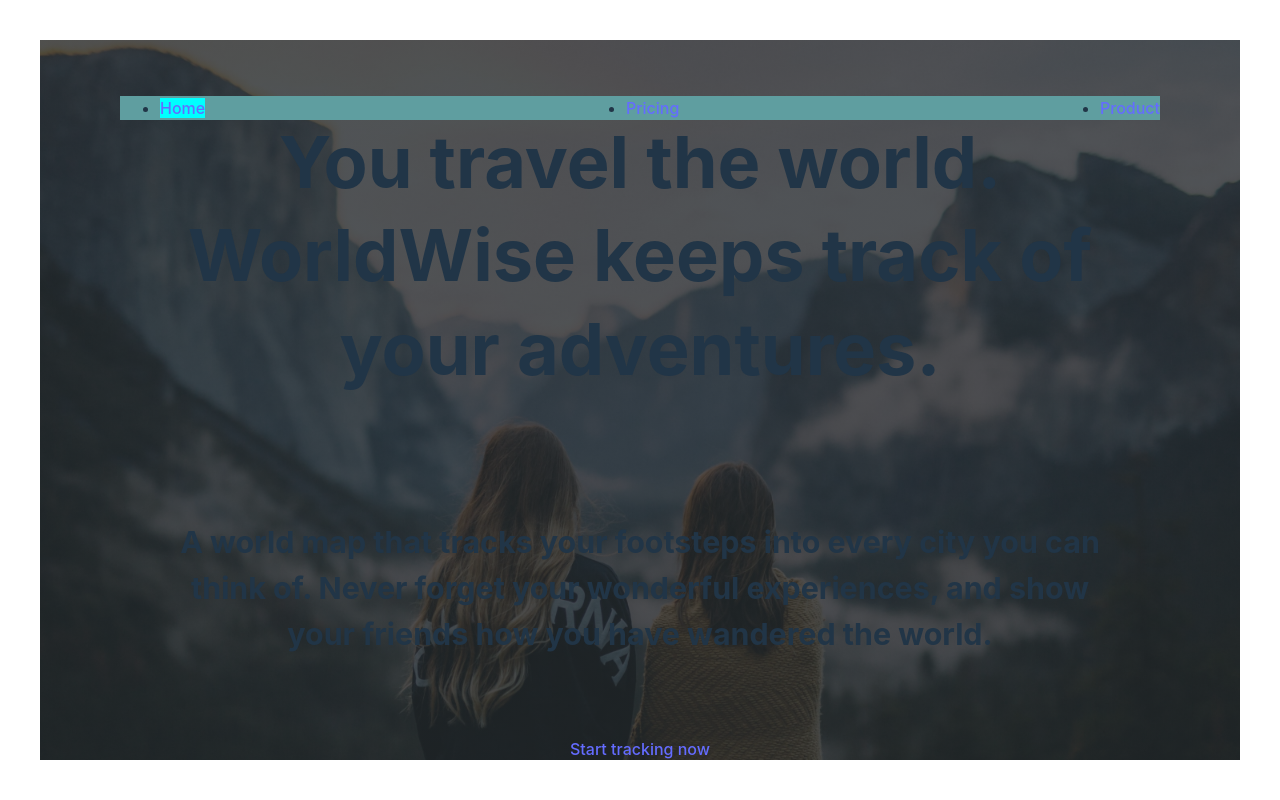
Repository: pmcalmeida/worldwise
Page: /
These files come from the project's save history. The page is drawn as it stood at one moment and after the next save; the edit follows.
The browser window is 1280 px wide. The pictures show the whole page.
The project was rebuilt for these pictures with package versions that can differ from the ones it lists, and the page was loaded fresh each time. Also part of the build but not shown: vite.config.js, src/pages/Product.jsx, src/pages/Pricing.jsx, src/pages/PageNotFound.jsx. Imported but missing from the stored project, and not drawn on this page: src/pages/AppLayout.

Above is the page before, as saved 2024-07-18 16:32:17.

### src/App.jsx
import { BrowserRouter, Route, Routes } from "react-router-dom";
import Product from "./pages/Product";
import Pricing from "./pages/Pricing";
import Homepage from "./pages/Homepage";
import PageNotFound from "./pages/PageNotFound";
import AppLayout from "./pages/AppLayout";

function App() {
  return (
    <BrowserRouter>
        <Routes>
          <Route path="/" element={<Homepage />}></Route>
          <Route path="product" element={<Product />}></Route>
          <Route path="pricing" element={<Pricing />}></Route>
          <Route path="app" element={<AppLayout />}></Route>
          <Route path="*" element={<PageNotFound />}></Route>
        </Routes>
      </BrowserRouter>
  )
}

export default App

### src/pages/Homepage.jsx
import { Link } from "react-router-dom";
import PageNav from "../components/PageNav";
import styles from "./Homepage.module.css";

export default function Homepage() {
  return (
    <main className={styles.homepage}>
      <PageNav />
      <section>
        <h1>
          You travel the world.
          <br />
          WorldWise keeps track of your adventures.
        </h1>
        <h2>
          A world map that tracks your footsteps into every city you can think
          of. Never forget your wonderful experiences, and show your friends how
          you have wandered the world.
        </h2>
        <Link to='/app' className='cta'>
          Start tracking now
        </Link>
      </section>
    </main>
  );
}

### src/components/PageNav.jsx
import { NavLink } from "react-router-dom"
import styles from "./PageNav.module.css";

function PageNav() {
    return (
        <nav>
            <ul className={styles.nav}>
                <li>
                    <NavLink to="/">Home</NavLink>
                </li>
                <li>
                    <NavLink to="/pricing">Pricing</NavLink>
                </li>
                <li>
                    <NavLink to="/product">Product</NavLink>
                </li>
            </ul>
        </nav>
    )
}

export default PageNav

### src/components/PageNav.module.css
.nav {
    display: flex;
    justify-content: space-between;
    background-color: cadetblue;
}

.nav ul {
    list-style: none;
}

.nav :global(.active) {
    background-color: aqua;
}

Loaded but not shown: index.html (common file); src/main.jsx (common file); src/index.css (common file); src/pages/Homepage.module.css (common file)

After the next save:
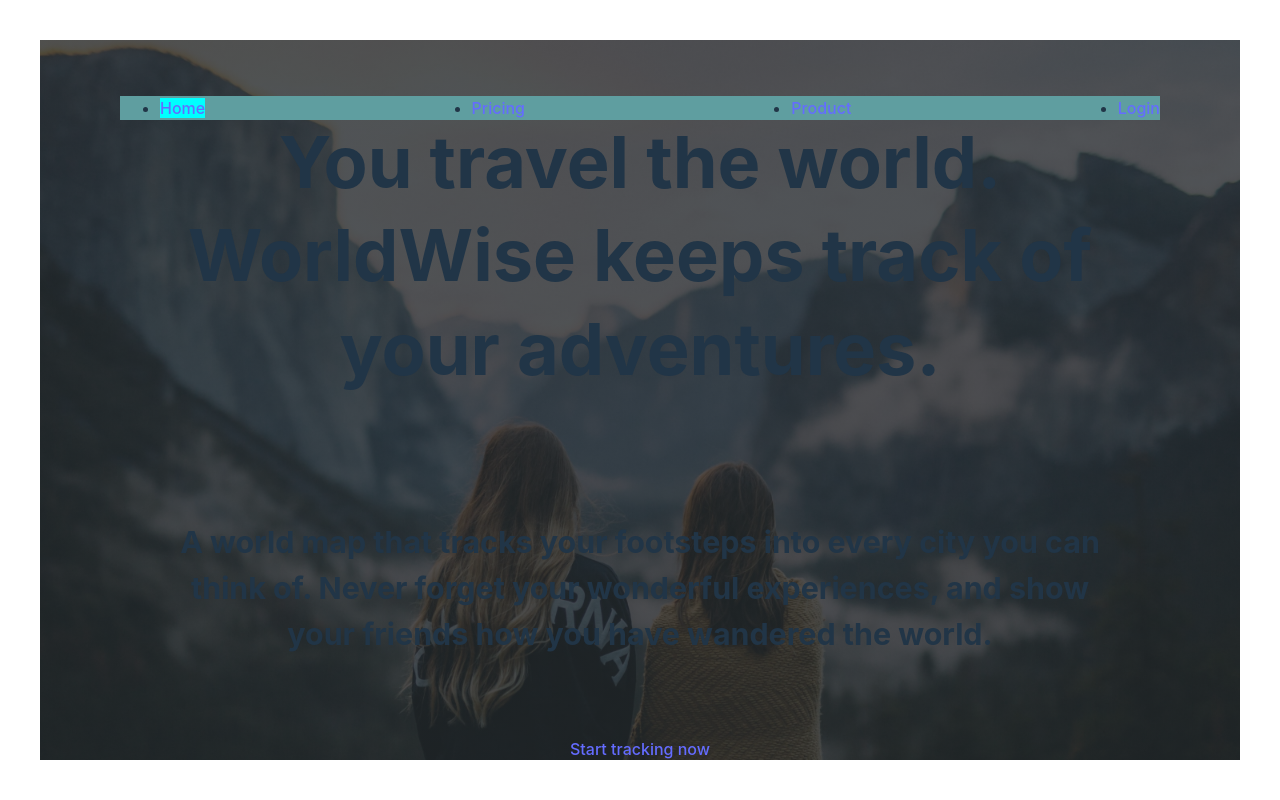
Saved 5 min 19 s later.
--- a/src/components/PageNav.jsx
+++ b/src/components/PageNav.jsx
@@ -1,22 +1,25 @@
-import { NavLink } from "react-router-dom"
+import { NavLink } from "react-router-dom";
 import styles from "./PageNav.module.css";
 
 function PageNav() {
-    return (
-        <nav>
-            <ul className={styles.nav}>
-                <li>
-                    <NavLink to="/">Home</NavLink>
-                </li>
-                <li>
-                    <NavLink to="/pricing">Pricing</NavLink>
-                </li>
-                <li>
-                    <NavLink to="/product">Product</NavLink>
-                </li>
-            </ul>
-        </nav>
-    )
+  return (
+    <nav>
+      <ul className={styles.nav}>
+        <li>
+          <NavLink to='/'>Home</NavLink>
+        </li>
+        <li>
+          <NavLink to='/pricing'>Pricing</NavLink>
+        </li>
+        <li>
+          <NavLink to='/product'>Product</NavLink>
+        </li>
+        <li>
+          <NavLink to='/login'>Login</NavLink>
+        </li>
+      </ul>
+    </nav>
+  );
 }
 
-export default PageNav
+export default PageNav;
